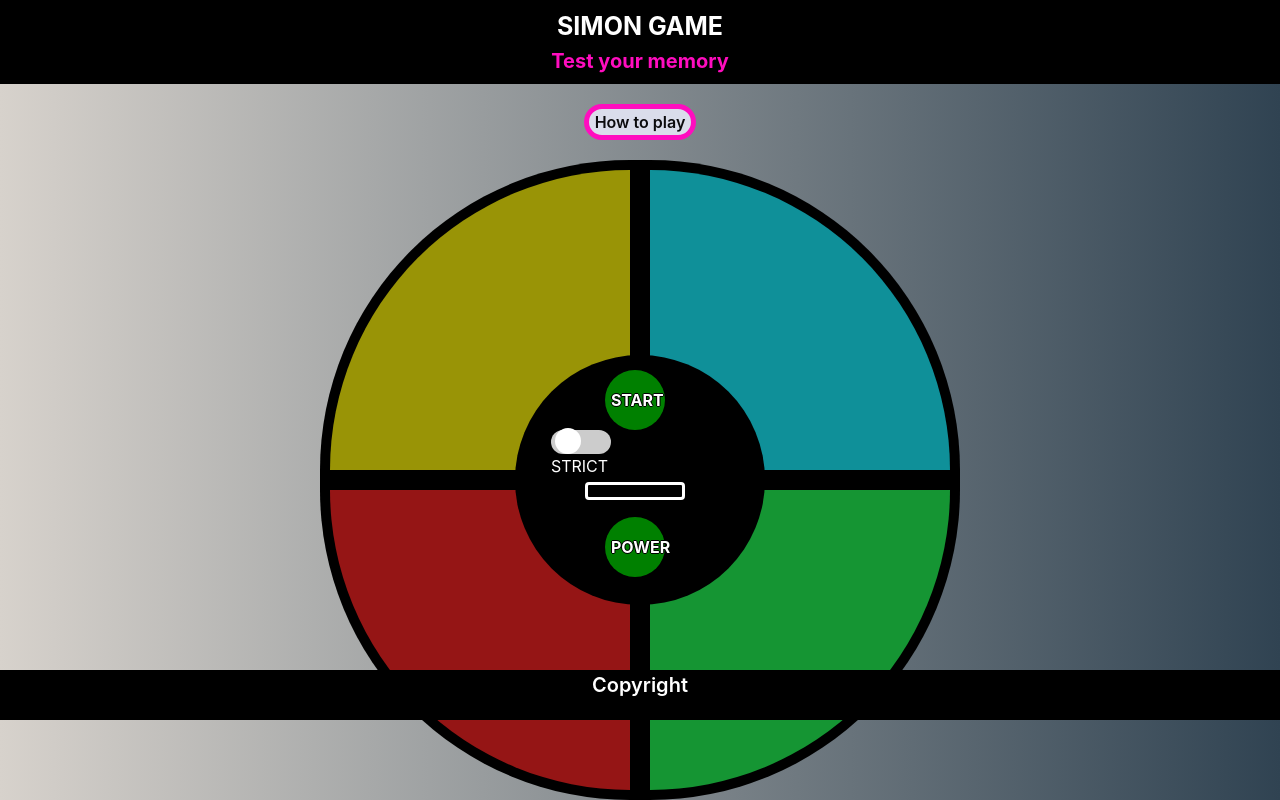
Repository: murphya14/Simon-game
Page: index.html
The author's editor kept a record of every edit. The page is drawn from the files as they stood at one moment, then again after the next edit.
The browser window is 1280 px wide. The pictures show the whole page.

Above is the page before.
Console error: ReferenceError: s is not defined

After the next edit:
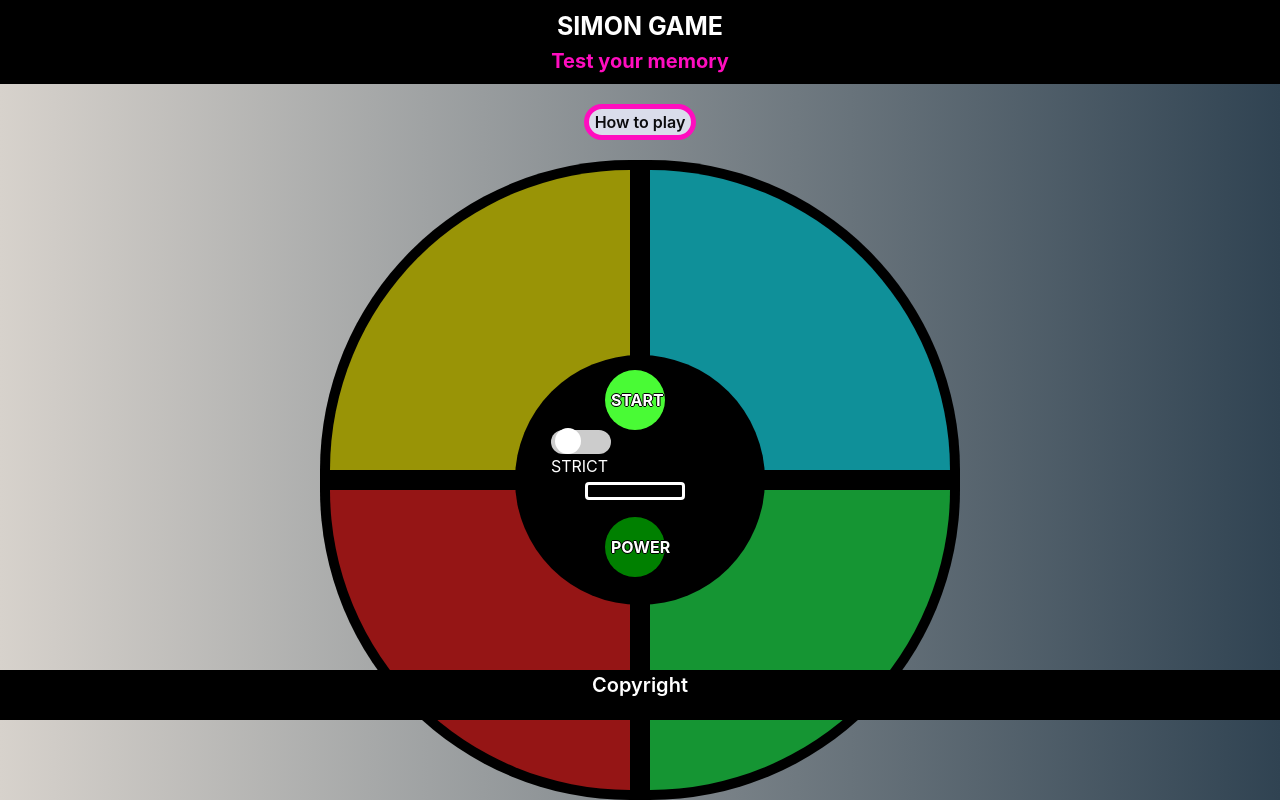
Console error: ReferenceError: Cannot access 'allowStart' before initialization
The edit:
--- a/assets/js/make.js
+++ b/assets/js/make.js
@@ -58,6 +58,23 @@
   };
 
 
+ /*--------------------------------------------------------------------------------- What happens when start is clicked(after on has been clicked) */
+if(on =false){
+    turnCounter.innerHTML = "--";
+    clearColor();
+    clearInterval(intervalId);
+}
+
+if( on =true){
+$("#start").click(function() {
+      $("#start").addClass("begin-game-start");
+      clearColor();
+      allowStart();
+
+});
+}
+
+
     /*----------------------------------------Power is clicked*/
 
 $("#on").click(function() {

After the 2 edits that followed:
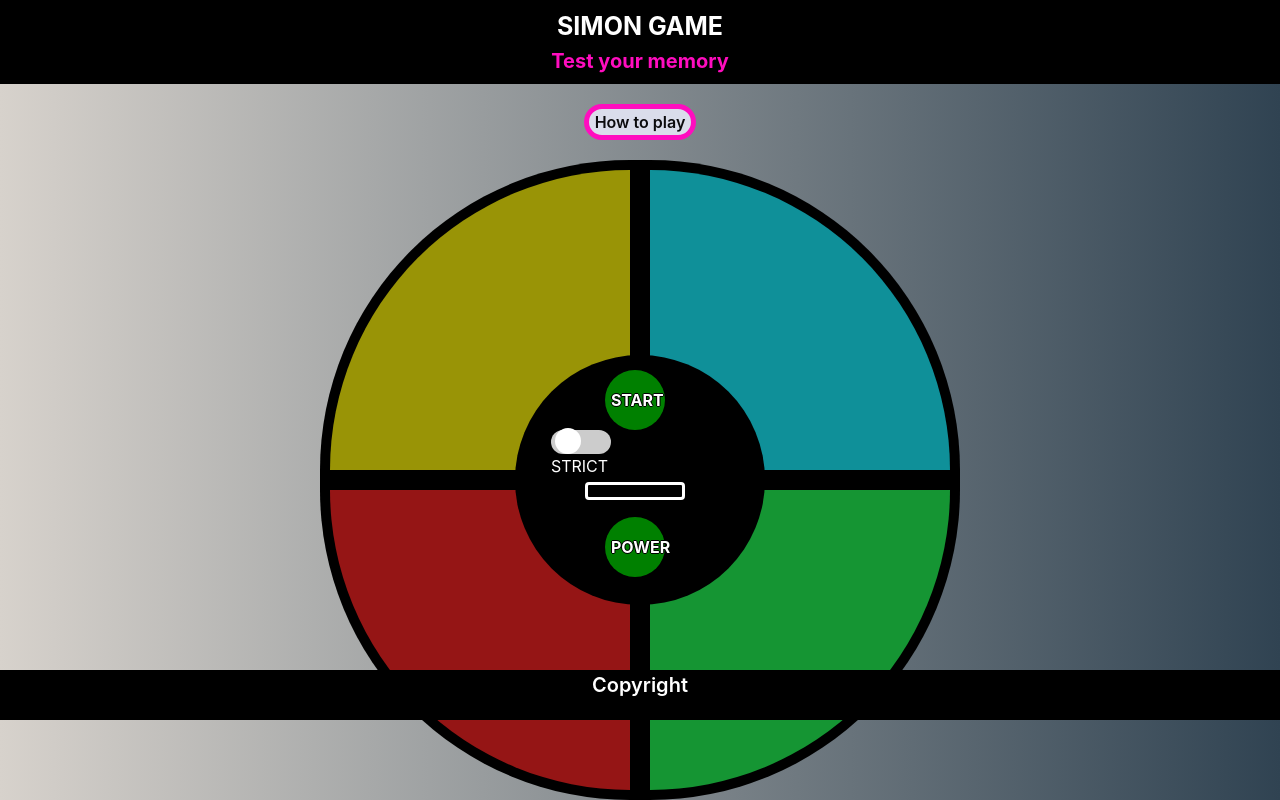
Console error: ReferenceError: s is not defined
The 2 edits are shown as one change because 1 left the picture as it was.
The edit:
--- a/assets/js/make.js
+++ b/assets/js/make.js
@@ -70,7 +70,6 @@
       $("#start").addClass("begin-game-start");
       clearColor();
       allowStart();
-
 });
 }
 
@@ -84,10 +83,6 @@
       turnCounter.innerHTML = "Score";
 });
 
-/*----------------------------------------The game cannot start before power has been turned on */
-let allowStart = startButton.click(function() {
-        initializeGame();
-});
 
 
 
